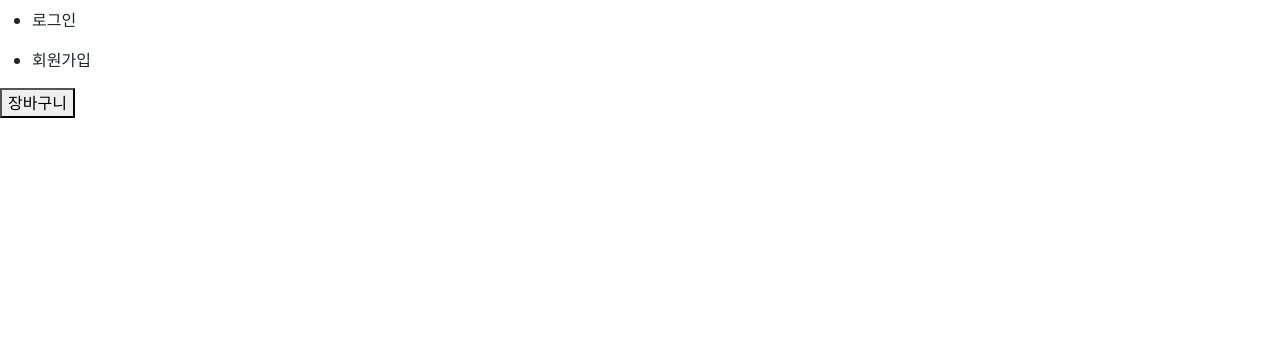
Repository: raoniee/Elice-House-Project
Page: FE/src/components/header/header.html
An editor plug-in stored every save of this project. The page is shown before and after the next save, followed by the edit.
The browser window is 1280 px wide. The pictures show the whole page.

Above is the page before, as saved 2023-07-04 15:38:37.

After the next save:
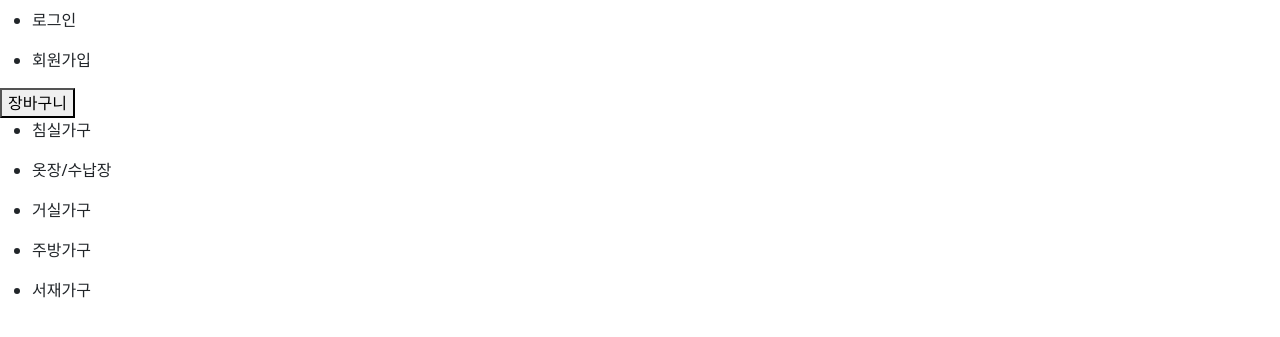
Saved 3 min 12 s later.
--- a/FE/src/components/header/header.html
+++ b/FE/src/components/header/header.html
@@ -33,6 +33,19 @@
           </div>
         </div>
       </div>
+      <div class="bottom">
+        <nav class="gnb">
+          <ul>
+            <li>
+              <p>침실가구</p>
+            </li>
+            <li><p>옷장/수납장</p></li>
+            <li><p>거실가구</p></li>
+            <li><p>주방가구</p></li>
+            <li><p>서재가구</p></li>
+          </ul>
+        </nav>
+      </div>
     </header>
   </body>
 </html>
